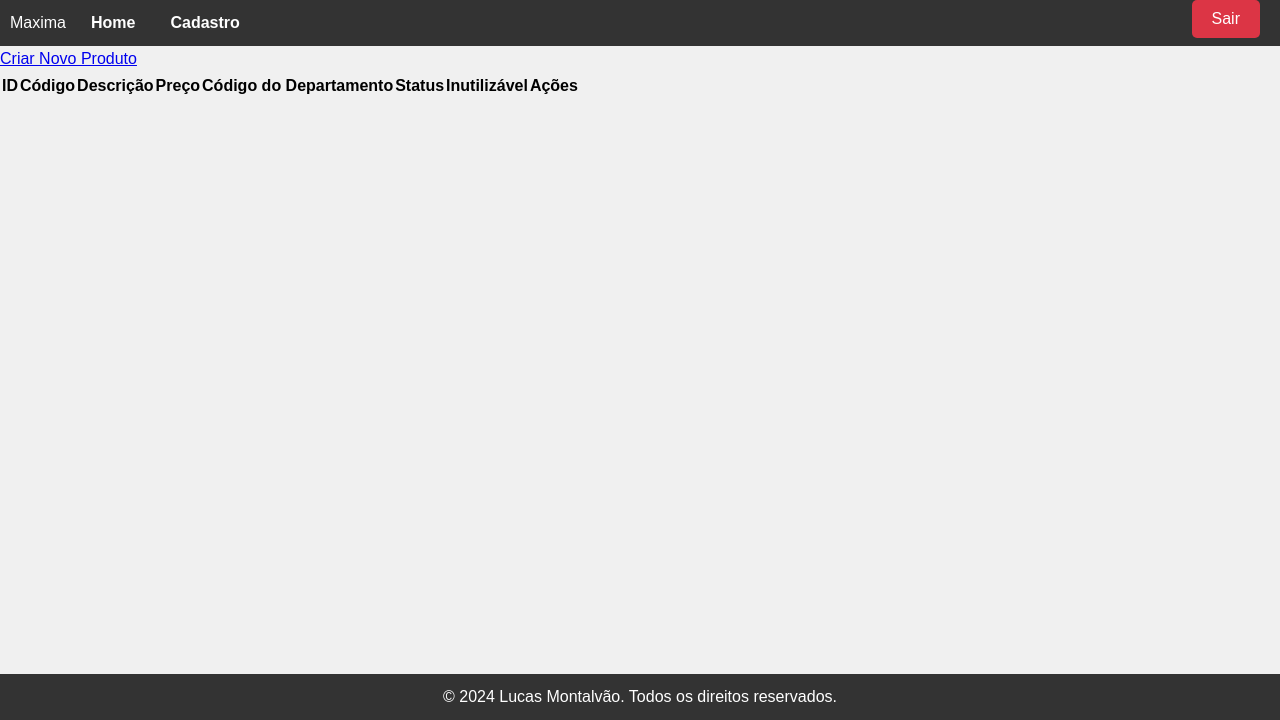
Repository: LucasMontalvao1/ProjetoMaxima
Page: /produto (app in AngularMaxima/)
The author's editor kept a copy of each file at every save. The page is drawn from the files as they stood at one save, then again after the next save.
The browser window is 1280 px wide. The pictures show the whole page.
The page's requests for data from a server got no answer. The project was rebuilt for these pictures with package versions that can differ from the ones it lists, and the page was loaded fresh each time. No one was signed in, and anything a server would have sent is missing. Also part of the build but not shown: AngularMaxima/angular.json, AngularMaxima/src/app/pages/login/login.component.ts, AngularMaxima/src/app/pages/home/home.component.ts.

Above is the page before, as saved 2024-07-14 20:10:27.

After the next save:
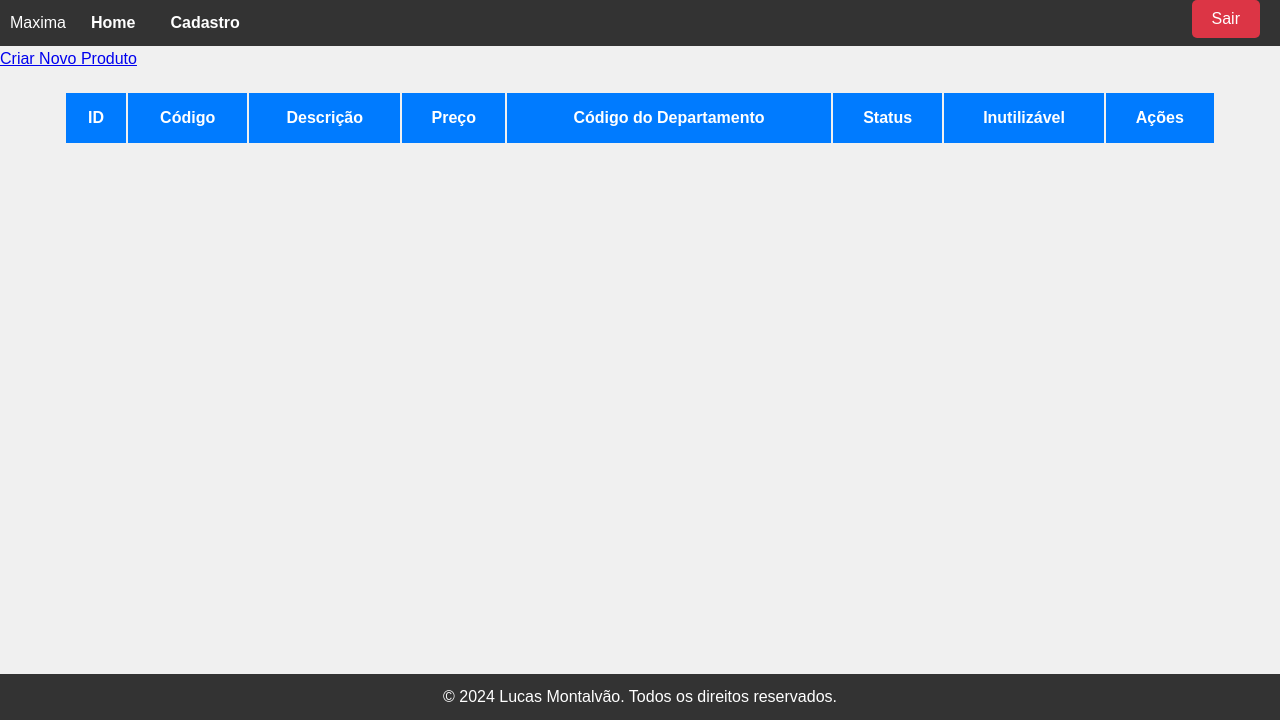
Saved 4 s later.
--- a/AngularMaxima/src/app/pages/produto/produto.component.html
+++ b/AngularMaxima/src/app/pages/produto/produto.component.html
@@ -3,7 +3,7 @@
     <a routerLink="/produtos/create" class="btn btn-primary">Criar Novo Produto</a>
 </p>
 
-<table class="custom-table table-striped table-hover">
+<table class="table table-striped table-hover">
     <thead>
         <tr>
             <th>ID</th>
